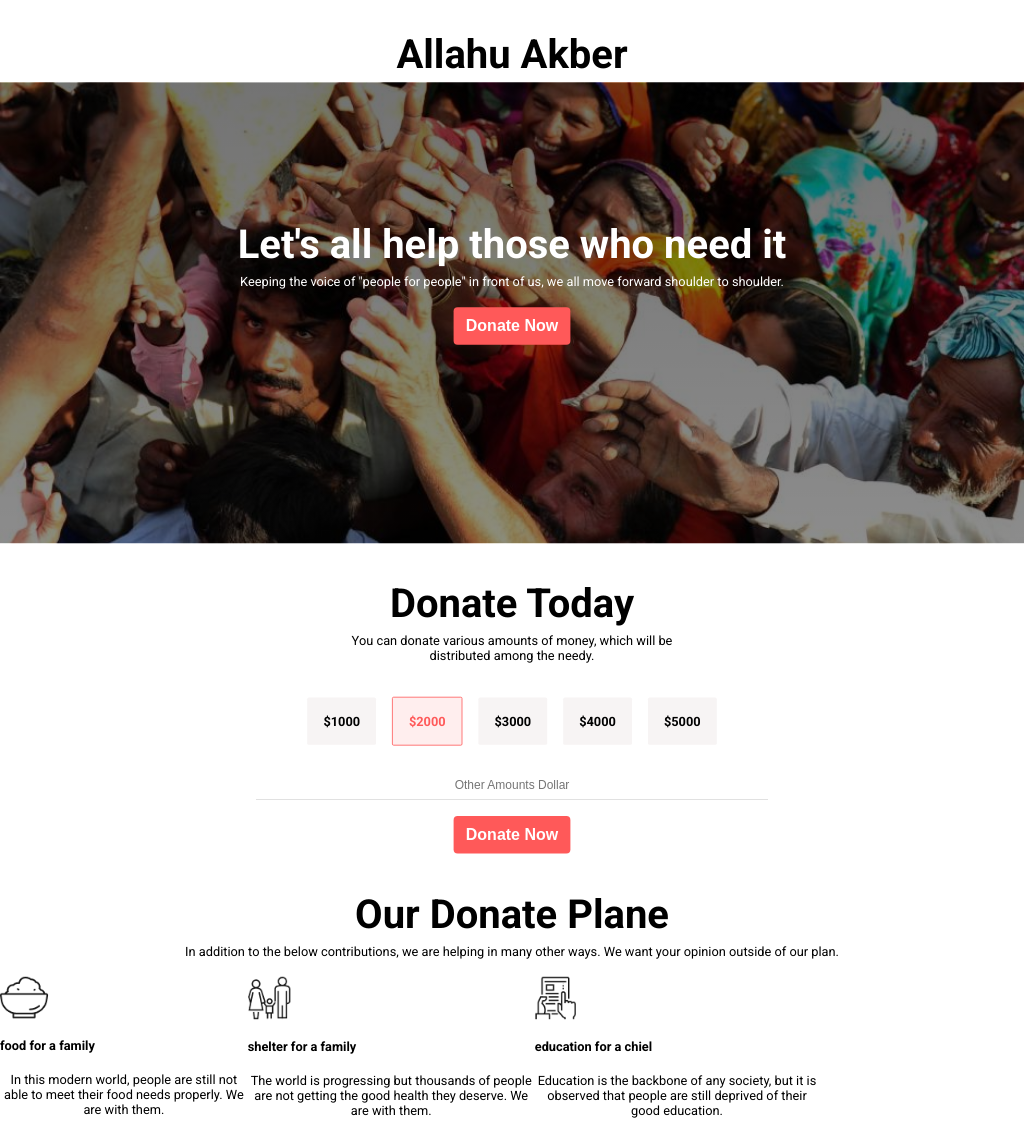
Repository: zjria/suppert-the-helpness
Page: index.html
These files come from the project's save history. The page is drawn as it stood at one moment and after the next save; the edit follows.
The browser window is 1280 px wide. The pictures show the whole page, at 80% of full size.

Above is the page before, as saved 2022-08-26 10:43:43.

### index.html
<!DOCTYPE html>
<html lang="en">

<head>
    <meta charset="UTF-8">
    <meta http-equiv="X-UA-Compatible" content="IE=edge">
    <meta name="viewport" content="width=device-width, initial-scale=1.0">
    <title>Support the helpless</title>
    <!-- Google Fonts -->
    <link rel="preconnect" href="https://fonts.googleapis.com">
    <link rel="preconnect" href="https://fonts.gstatic.com" crossorigin>
    <link href="https://fonts.googleapis.com/css2?family=Roboto:wght@100;300;400;500;700;900&display=swap"
        rel="stylesheet">
    <!-- Custom CSS -->
    <link rel="stylesheet" href="style.css">
</head>

<body>
    <h1>Allahu Akber</h1>
    <!-- Header Section -->
    <section class="header_section">
        <div class="header-text">
            <h1>Let's all help those who need it</h1>
            <p>Keeping the voice of "people for people" in front of us, we all move forward shoulder to shoulder.</p>
            <button class="button-style">Donate Now</button>
        </div>
    </section>
    <!-- Donate today Section -->
    <section class="donate-today">
        <h1>Donate Today</h1>
        <p>You can donate various amounts of money, which will be <br> distributed among the needy.</p>
        <div class="amounts">
            <div class="dollar">$1000</div>
            <div class="dollar" id="second">$2000</div>
            <div class="dollar">$3000</div>
            <div class="dollar">$4000</div>
            <div class="dollar">$5000</div>
        </div>
        <div class="input-field">
            <input type="text" placeholder="Other Amounts Dollar">
            <div class="line-style">
            </div>
            <button class="button-style">Donate Now</button>
        </div>
    </section>
    <!-- Our Donate Plane Section -->
    <section class="donate-lane">
        <h1>Our Donate Plane</h1>
        <p>In addition to the below contributions, we are helping in many other ways. We want your opinion outside of
            our plan.</p>

        <div class="our-plan">
            <div class="plane">
                <img src="images/food.png" alt="">
                <h4>food for a family</h4>
                <p>In this modern world, people are still not able to meet their food needs properly. We are with them.
                </p>
            </div>
            <div class="plane">
                <img src="images/shelter.png" alt="">
                <h4>shelter for a family</h4>
                <p>The world is progressing but thousands of people are not getting the good health they deserve. We are
                    with them.
                </p>
            </div>
            <div class="plane">
                <img src="images/Frame-1.png" alt="">
                <h4>education for a chiel</h4>
                <p>Education is the backbone of any society, but it is observed that people are still deprived of their
                    good education.
                </p>
            </div>
        </div>

    </section>
</body>

</html>

### style.css
body {
    font-family: 'Roboto', sans-serif;
    margin: 0%;
    padding: 0%;
}

/* Header Section */
.header_section {
    background-image: linear-gradient(rgb(0, 0, 0, 0.55), rgb(0, 0, 0, 0.45)), url(images/header.jpg);
    background-position: center;
    background-size: cover;
    width: 100%;
    height: 80vh;
    color: white;
}

.header-text {
    margin: auto;
    justify-content: center;
    align-items: center;
    padding-top: 10%;
}

h1 {
    font-size: 50px;
    padding: 5px;
    margin-bottom: 1px;
    text-align: center;

}

p {
    font-size: 16px;
    padding: 2px;
    margin: 0px 0px 20px 0px;
    font: bolder;
    text-align: center;

}

.button-style {
    font-size: 20px;
    padding: 12px 15px;
    background-color: #ff5959;
    color: white;
    border-radius: 5px;
    border: none;
    font-weight: 700;
    text-align: center;
    align-items: center;
    justify-content: center;
    margin: 0 auto;
    display: flex;
}


/* donate-today */
.amounts {
    display: flex;
    margin: auto;
    align-items: center;
    text-align: center;
    justify-content: center;
}

.dollar {
    padding: 20px;
    background: rgb(247, 244, 244);
    margin: 20px 10px 30px 10px;
    border-radius: 2px;
    font-weight: bold;
}

.dollar#second {
    border: 1px solid #ff5959;
    background: #ffeeee;
    transition: none;
    transform: none;
    color: #ff5959;
    font-weight: bold;
}

.input-field input {
    text-align: center;
    align-items: center;
    margin: 0 auto;
    display: flex;
    border: 0;
    padding: 10px 15px;
    width: 50%;
    font-size: 15px;
}

.input-field .line-style {
    width: 50%;
    text-align: center;
    align-items: center;
    margin: 0 auto;
    content: '';
    background-color: #dadada;
    color: #dadada;
    height: 1px;
    margin-bottom: 20px;
}

.our-plan {
    display: flex;
    width: 80%;
}

After the next save:
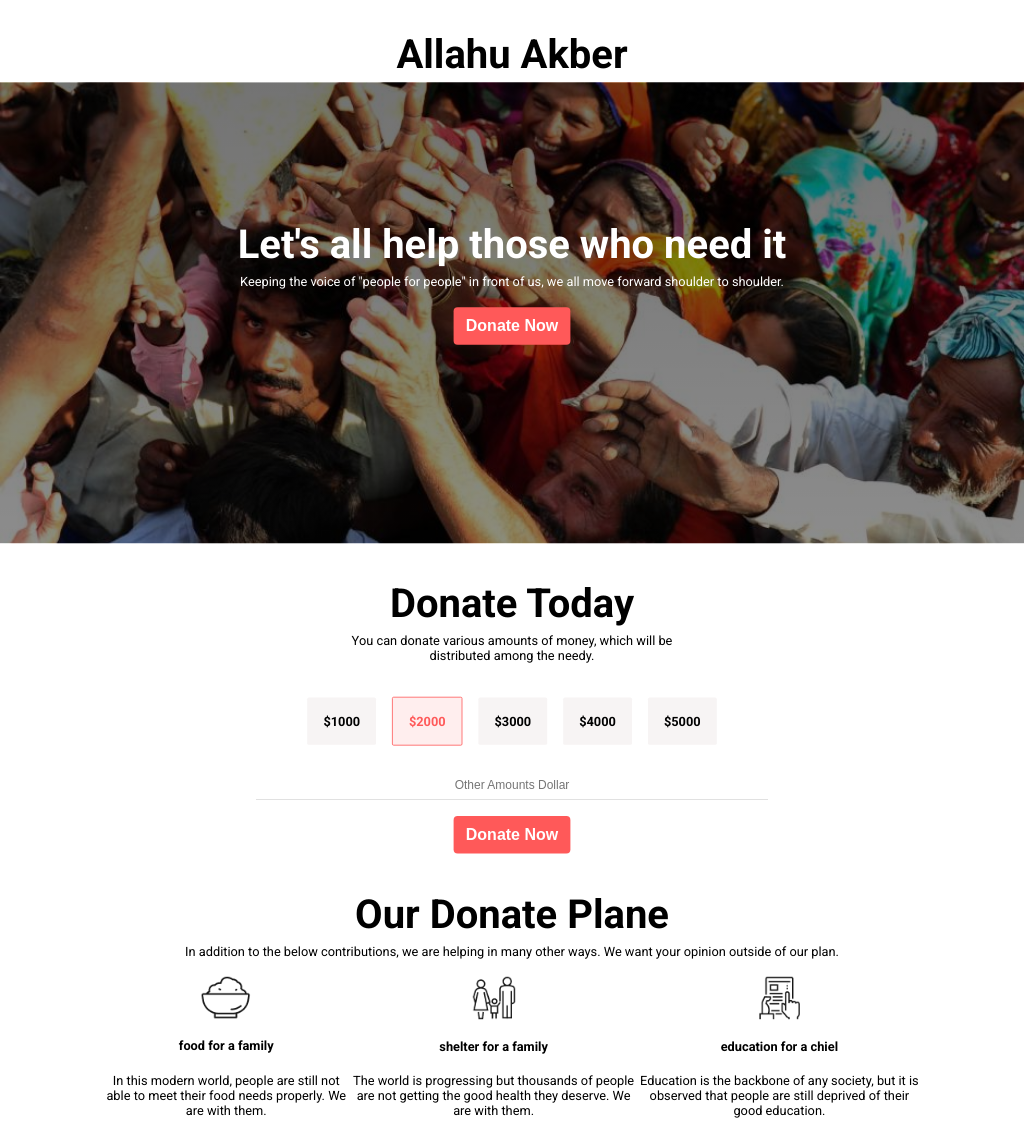
Saved 31 s later.
--- a/style.css
+++ b/style.css
@@ -106,4 +106,8 @@ p {
 .our-plan {
     display: flex;
     width: 80%;
+    text-align: center;
+    justify-content: center;
+    margin: 0 auto;
+    align-items: center;
 }
